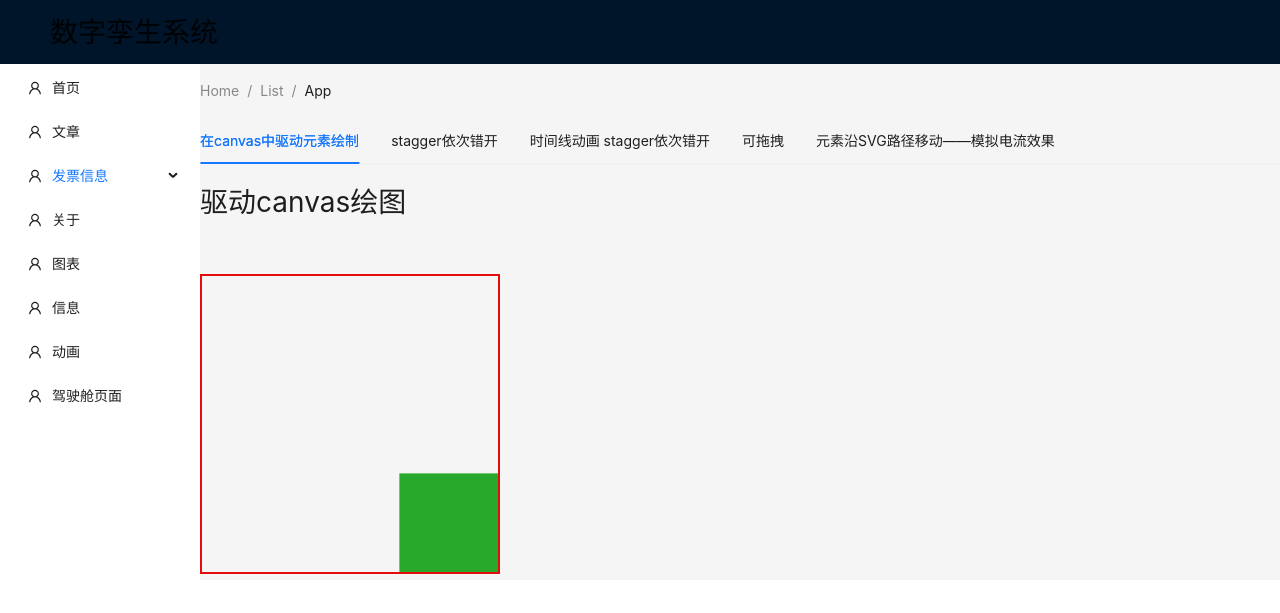
Repository: HailiePan/webpack-react-practice
Page: /animation
An editor plug-in stored every save of this project. The page is shown before and after the next save, followed by the edit.
The browser window is 1280 px wide. The pictures show the whole page.
The project was rebuilt for these pictures with package versions that can differ from the ones it lists, and the page was loaded fresh each time. Also part of the build but not shown: src/pages/Animation/component/ScrollAnimation/index.jsx, src/pages/Home.jsx, src/pages/Invoices/index.jsx, src/pages/Invoices/Invoice.jsx, src/pages/Invoices/Pending.jsx, src/pages/Invoices/Complete.jsx, src/components/CommonBox/index.less, src/components/CommonBox/index.jsx and 25 more.

Above is the page before, as saved 2024-01-24 18:02:07.

### index.html
<!--
 * Author  hailie.pan
 * Date  2023-10-08 16:03:03
 * LastEditors  hailie.pan
 * LastEditTime  2023-10-08 16:03:04
 * Description  file content
-->
<!--
 * Author  hailie.pan
 * Date  2023-10-07 17:34:05
 * LastEditors  hailie.pan
 * LastEditTime  2023-10-07 17:34:06
 * Description  file content
-->
<!DOCTYPE html>
<html lang="en">
  <head>
    <meta charset="UTF-8" />
    <meta http-equiv="X-UA-Compatible" content="IE=edge" />
    <meta name="viewport" content="width=device-width, initial-scale=1.0" />
    <title>Document</title>
  </head>
  <body>
    <div id="app"></div>
  </body>
</html>

### src/index.jsx
/*
 * Author  hailie.pan
 * Date  2023-10-07 17:16:58
 * LastEditors  hailie.pan
 * LastEditTime  2023-10-24 17:39:40
 * Description  file content
 */
import React, { StrictMode } from "react";
import * as ReactDOM from "react-dom/client";
import { BrowserRouter, useRoutes } from "react-router-dom";
import { routes } from "@/router";
const App = () => {
  return useRoutes(routes);
};
const root = ReactDOM.createRoot(document.getElementById("app"));
// v18 的新方法
root.render(
  <StrictMode>
    <BrowserRouter>
      <App />
    </BrowserRouter>
  </StrictMode>
);

// BrowserRouter下直接渲染useRoutes,routes里配置好路径对应的组件
// 然后就会显示路径对应的组件
// useRoutes(routes)必须在函数里写着

### src/router/index.js
/*
 * @Author: Hailie.Pan
 * @Date: 2023-11-28 10:30:45
 * @LastEditors: Hailie.Pan
 * @LastEditTime: 2024-01-11 10:41:08
 * @Description:
 */
/*
 * Author  hailie.pan
 * Date  2023-10-13 17:13:27
 * LastEditors  hailie.pan
 * LastEditTime  2023-11-28 10:30:45
 * Description  file content
 */
import React from "react";
import { useRoutes } from "react-router-dom";

import BaseLayout from "@/BaseLayout";

import Home from "@/pages/Home";
import Invoices from "@/pages/Invoices";
import Invoice from "@/pages/Invoices/Invoice";
import Pending from "@/pages/Invoices/Pending";
import Complete from "@/pages/Invoices/Complete";
import About from "@/pages/About";
import Article from "@/pages/Article";
import ControlRoomFirstPage from "@/pages/ControlRoomFirstPage";
import Chart from "@/pages/Chart";
import Info from "@/pages/Info";
import Animation from '@/pages/Animation'

const routes = [
  {
    path: "/",
    element: <BaseLayout />,
    name: "一级场景",
    children: [
      { path: "/home", element: <Home />, name: "首页" },
      { path: "/article", element: <Article />, name: "文章" },
      {
        // path: "/invoices",
        // element: <Invoices />,
        name: "发票信息",
        children: [
          {
            path: "/invoices/invoicesDetail/:id",
            element: <Invoice />,
            name: "发票1详情",
          },
          {
            path: "/invoices/pending",
            element: <Pending />,
            name: "发票2详情",
          },
          {
            path: "/invoices/complete",
            element: <Complete />,
            name: "发票3详情",
          },
        ],
      },

      {
        path: "/about",
        element: <About />,
        name: "关于",
      },
      {
        path: "/chart",
        element: <Chart />,
        name: "图表",
      },
      {
        path: "/info",
        element: <Info />,
        name: "信息",
      },
      {
        path: "/animation",
        element: <Animation />,
        name: "动画",
      },
    ],
  },
  {
    path: "/controlRoomFirstPage",
    element: <ControlRoomFirstPage />,
    name: "驾驶舱页面",
  },
];

export { routes };

### src/BaseLayout/index.jsx
/*
 * Author  hailie.pan
 * Date  2023-10-13 17:28:32
 * LastEditors  hailie.pan
 * LastEditTime  2023-12-04 10:37:50
 * Description  file content
 */

import React, {useEffect, useCallback, useState, useMemo } from 'react';
import { LaptopOutlined, NotificationOutlined, UserOutlined } from '@ant-design/icons';
import { Breadcrumb, Layout, Menu, theme } from 'antd';
import { Link, NavLink, useRoutes, Navigate, Outlet } from 'react-router-dom';
import { gsap } from "gsap";
import { ScrollTrigger } from 'gsap/ScrollTrigger.js'
import { routes } from '@/router';
import StateContext from './data.js';
import styles from './index.less';
import ScrollAnimation from '@/pages/Animation/component/ScrollAnimation'
const { Header, Content, Sider } = Layout;

export default function BaseLayout() {
  // console.log("routes", routes);
  const [selectedMenuKeys, setSelectedMenuKeys] = useState([]);

  // useMemo缓存菜单的计算方法，避免每次刷新时都计算一遍
  // 这个菜单的算法还是不太优美，不好维护
  let showMenu = useMemo(
    () =>
      routes
        .map((item, index) => {
          if (item.children) {
            const arr2 = item.children.map((c, cIndex) => {
              return {
                key: cIndex,
                icon: React.createElement(UserOutlined),
                name: c.name,
                label: (
                  <NavLink to={c.path} state={'From App'}>
                    {c.name}
                  </NavLink>
                ),
                children: c?.children?.map((t, tIndex) => ({
                  key: `${cIndex}-${tIndex}`,
                  icon: React.createElement(UserOutlined),
                  name: t.name,
                  label: <NavLink to={t.path}>{t.name}</NavLink>
                }))
              };
            });
            return arr2;
          } else {
            return {
              key: 'dandu' + index,
              icon: React.createElement(UserOutlined),
              name: item.name,
              label: (
                <NavLink to={item.path} state={'From App'}>
                  {item.name}
                </NavLink>
              )
            };
          }
        })
        .flat(), // arr2是个数组，放到showMenu数组里需要拉平
    []
  );
  showMenu.flat();
  // console.log("showMenu", showMenu);

  const menuArr = [
    {
      key: 0,
      icon: React.createElement(UserOutlined),
      label: (
        <NavLink to="/home" state={'From App'}>
          首页
        </NavLink>
      )
    },

    {
      key: 1,
      icon: React.createElement(LaptopOutlined),
      label: <NavLink to="invoices">发票信息</NavLink>,
      children: [
        {
          key: '1-0',
          label: <NavLink to="/invoices/invoicesDetail/1?a=a&b=b">发票1详情页</NavLink>
        },
        {
          key: '1-1',
          label: <NavLink to="/invoices/pending?fromPage=菜单点击">发票2详情页</NavLink>
        },
        {
          key: '1-2',
          label: (
            <NavLink to="/invoices/complete" state={'左侧菜单点击'}>
              发票3详情页
            </NavLink>
          )
        }
      ]
    },
    {
      key: 2,
      icon: React.createElement(NotificationOutlined),
      label: <NavLink to="about">关于</NavLink>
    },
    {
      key: 3,
      icon: React.createElement(NotificationOutlined),
      label: <NavLink to="controlRoomFirstPage">驾驶舱页面</NavLink>
    },
    {
      key: 4,
      icon: React.createElement(LaptopOutlined),
      label: <NavLink to="article">文章</NavLink>
    }
  ];

  const onSelectMenu = ({ item, key, keyPath, selectedKeys, domEvent }) => {
    setSelectedMenuKeys([key]);
  };

  const [state, setState] = useState('playing');

  // useEffect(()=>{
  //   gsap.registerPlugin(ScrollTrigger)
  //     // 绿色方块
  //     gsap.to("#ewrwer", {
  //       rotation: 900,
  //       x:400,
  //       duration: 1,
  //       scrollTrigger: {
  //         trigger: '#ewrwer', // 动画的元素
  //         scroller: document.getElementById('21321'), // 滚动的元素
  //         scrub: 2,
  //         markers: true,
  //       },

  //     });
  // },[])

  return (
    <Layout className={styles.layoutWrap}>
{/*
      <div className={styles.box} id='21321'>
        <div className={styles.green} id='ewrwer'></div>
        <div style={{height:'1000px'}} />
      </div> */}

      {/* <ScrollAnimation /> */}


      <Header className={styles.header}>
        <div className={styles.logo} />

        <h1>数字孪生系统</h1>
      </Header>

      <Layout>
        <Sider className={styles.sider}>
          <Menu
            mode="inline"
            // defaultSelectedKeys={["0"]}
            // defaultOpenKeys={["sub1"]}
            style={{
              height: '100%',
              borderRight: 0
            }}
            items={showMenu}
            selectedKeys={selectedMenuKeys}
            onSelect={onSelectMenu}
          />
        </Sider>

        <Layout className={styles.rightLayout}>
          <Breadcrumb
            style={{
              margin: '16px 0'
            }}
          >
            <Breadcrumb.Item>Home</Breadcrumb.Item>
            <Breadcrumb.Item>List</Breadcrumb.Item>
            <Breadcrumb.Item>App</Breadcrumb.Item>
          </Breadcrumb>

          <StateContext.Provider value={{ state, setState }}>
            <Content className={styles.content} id='content'>
              <Outlet />
            </Content>
          </StateContext.Provider>
        </Layout>
      </Layout>
    </Layout>
  );
}

### src/pages/Animation/index.jsx
/*
 * @Author: Hailie.Pan
 * @Date: 2024-01-11 10:41:16
 * @LastEditors: Hailie.Pan
 * @LastEditTime: 2024-01-24 18:01:45
 * @Description:
 */
import React, { useRef, useEffect, useState } from 'react';
import { gsap } from 'gsap';
import { Tabs } from 'antd';
import MoveBox from './component/MoveBox';
import MoveOnPath from './component/MoveOnPath';
import CanvasDraw from './component/CanvasDraw';
import TimeLine from './component/TimeLine';
import ScrollAnimation from './component/ScrollAnimation';
import ScrollAnimation2 from './component/ScrollAnimation2';
import ImitateElectricity from './component/ImitateElectricity';
import DraggableCom from './component/DraggableCom';
import StaggerAnimation from './component/StaggerAnimation';
import styles from './index.module.less';

export default function Animation() {
  let obj = { myNum: 10, myColor: 'red' };

  useEffect(() => {
    // stagger 依次执行动画
    // gsap.to([boxRef.current, boxRef2.current, boxRef3.current], {
    //   rotation: 360,
    //   stagger:1,
    //   duration:2
    // });

    gsap.to(obj, {
      myNum: 200,
      myColor: 'blue',
      onUpdate: () => {
        console.log('onUpdate', obj.myColor);
      },
      onComplete: () => console.log('onComplete', obj.myNum, obj.myColor)
    });
  }, []);

  return (
    <div className={styles.wrap}>
      <Tabs
        items={[
          {
            key: '1',
            label: '在canvas中驱动元素绘制',
            children: <CanvasDraw />
          },
          {
            key: 'stagger',
            label: 'stagger依次错开',
            children: <StaggerAnimation />
          },

          {
            key: '3',
            label: '时间线动画 stagger依次错开',
            children: <TimeLine />
          },
          {
            key: '4',
            label: '可拖拽',
            children: <DraggableCom />
          },
          {
            key: '5',
            label: '元素沿SVG路径移动——模拟电流效果',
            children: <ImitateElectricity />
          }
        ]}
      />
      {/* <MoveBox /> */}

      {/* 在canvas中驱动元素绘制 */}
      {/* <CanvasDraw /> */}

      {/* 时间线动画 stagger依次错开 */}
      {/* <TimeLine /> */}

      {/* 元素沿SVG路径移动 */}
      {/* <MoveOnPath /> */}

      {/* 把canvas的效果和gsap的效果放在一起对比 */}
      {/* 模拟电流效果 */}
      {/* <ImitateElectricity /> */}

      {/* 滚动动画 */}
      {/* <ScrollAnimation /> */}

      {/* 滚动动画 */}
      {/* <ScrollAnimation2 /> */}

      {/* 可拖拽 */}
      {/* <DraggableCom /> */}
    </div>
  );
}

### src/BaseLayout/data.js
/*
 * Author  hailie.pan
 * Date  2023-11-28 10:20:25
 * LastEditors  hailie.pan
 * LastEditTime  2023-11-28 10:26:27
 * Description  file content
 */
import { createContext } from "react";

const StateContext = createContext({});

export default StateContext;

### src/BaseLayout/index.less
body {
  margin: 0;
  // height: 200vh;
}


.layoutWrap {
  height: 100vh;
  overflow-y: auto;
}

.box{
  height: 200px;
  overflow-y: auto;
  // border: 1px solid rgb(239, 200, 151);
}
.green{
  width: 50px;
  height: 50px;
  background-color: green;
  border-radius: 4px;
  margin: 0 auto;
  position: fixed;
  top: 50%;
  left: 50%;
}
.header {
  display: flex;
  align-items: center;

  .logo {
    width: 100px;
    height: 40px;
    background: rgba(255, 255, 255, 0.5);
    margin-right: 20px;
  }
  h1 {
    color: #fff;
    padding: 0;
    margin: 0;
  }
}
@colorBgContainer: #fff;
.sider {
  width: 200;
  background: @colorBgContainer;
}
.rightLayout {
  padding: 0 24px 24px;
}

.content {
  padding: 24px;
  margin: 0;
  min-height: 280px;
  background: @colorBgContainer;
  // border: 1px solid green; // 高度没有被页面的高度撑开
  // height: auto;
  overflow-y: scroll;
}

### src/pages/home.less
@color: rgb(248, 157, 39);

@font-face {
  font-family: "DIN";
  src: url("@/assets/fonts/庞门正道标题体2.0增强版.ttf");
  font-style: normal;
  font-weight: normal;
}
.wrapper {
  font-weight: 700;
  color: #333;

  ul {
    color: @color;
    // list-style-type: none;
  }
  .fontStyle {
    font-family: "DIN";
  }

  .box {
    height: 500px;
    margin-top: 20px;
    display: flex;
    .item {
      flex-shrink: 1; //属性定义了项目的缩小比例，默认为1，即如果空间不足，该项目将缩小
      flex-grow: 1; // 定义项目的放大比例，默认为0，即如果存在剩余空间，也不放大
      width: 300px;
      background-color: #fce09e;
      border: 1px solid rgb(255, 162, 0);
    }
  }
  .showImg {
    display: flex;
    img {
      width: 100px;
      height: 100px;
      margin-top: 10px;
      display: block;
    }
  }
}

### src/pages/Animation/component/CanvasDraw/index.jsx
/*
 * @Author: Hailie.Pan
 * @Date: 2024-01-12 16:51:02
 * @LastEditors: Hailie.Pan
 * @LastEditTime: 2024-01-12 17:36:00
 * @Description:
 */
import React,{useEffect, useRef, useState} from 'react'
import { gsap } from "gsap";
import styles from './index.module.less';

export default function CanvasDraw() {
    const canvasRef = useRef();
    const [ctx, setCtx] = useState();

    let position = { x: 0, y: 0 };

    function draw() {
        // 擦除canvas
        ctx.clearRect(0, 0, 300, 300);
        // 在新的位置重新绘制方块
        ctx.fillRect(position.x, position.y, 100, 100);
    }

    useEffect(() => {
        if(!canvasRef.current) return
        setCtx(canvasRef.current.getContext('2d'));
      }, [canvasRef]);

    useEffect(()=>{
        if(!ctx) return
        ctx.fillStyle = "#28a92b";
        //把position的x和y的值进行变化
        gsap.to(position, {
        x: 200,
        y: 200,
        duration: 4,
        // canvas需要在每一帧进行重新绘制，才会有动画效果
        onUpdate: draw
        });
    },[ctx])

  return (
    <div>
      <h1>驱动canvas绘图</h1>
        <canvas id="canvas" width="300" height="300" ref={canvasRef}></canvas>
    </div>
  )
}

### src/pages/Animation/component/ScrollAnimation/index.module.less

.wrap{
  border:1px solid red;
  height: 600px;
  background-color: #111;
  color: white;
  // overflow-x: hidden;
  overflow-y: scroll;
}
h1, h2 {
  margin: 0;
  font-weight: 400;
  max-width: none;
}
.headerSection{
  height: 400px;
  line-height: 400px;
  border: 1px solid rgb(255, 140, 0);
}

.comparisonSection {
  position: relative;
  padding-bottom: 56.25%; /* to maintain aspect ratio (responsive!) */
  border: 1px solid yellow;

  .comparisonImage {
    width: 100%;
    height: 100%;

    img {
      width: 100%;
      height: 100%;
      position: absolute;
      top: 0;
    }
  }

  .afterImage {
    position: absolute;
    overflow: hidden;
    top: 0;
    transform: translate(100%, 0px);
    img {
      transform: translate(-100%, 0px);
    }
  }
}

### src/pages/Animation/component/CanvasDraw/index.module.less
canvas {
    height: 80vh;
    max-height: 300px;
    overflow: visible;
    border: solid 2px rgb(229, 12, 12);
  }

### src/pages/Animation/component/ImitateElectricity/index.module.less
.motionPath {
  overflow: visible;
  width: 600px;
  height: 150px;
}
h1 {
  margin-bottom: 50px;
}

.jiantou {
  width: 20px;
  height: 77px;
  height: 114px;
  background: url('./assets/jiantou.png');
}

### src/pages/Animation/component/MoveBox/index.jsx
/*
 * @Author: Hailie.Pan
 * @Date: 2024-01-17 10:20:00
 * @LastEditors: Hailie.Pan
 * @LastEditTime: 2024-01-17 10:23:23
 * @Description:
 */
import React ,{useEffect,useRef} from 'react'
import { gsap } from "gsap";
import styles from './index.module.less'

export default function MoveBox() {
    const moveBox = useRef()
    useEffect(()=>{
        gsap.to(moveBox.current, {
            x:200,
            rotation: 360,
            duration:1,
        });
    },[])
  return (
    <div>
      <div className={styles.box} ref={moveBox} />
    </div>
  )
}

### src/pages/Animation/component/MoveBox/index.module.less
.box{
    width: 50px;
    height: 50px;
    background-color: rgb(255, 163, 35);
    border-radius: 4px;

  }

After the next save:
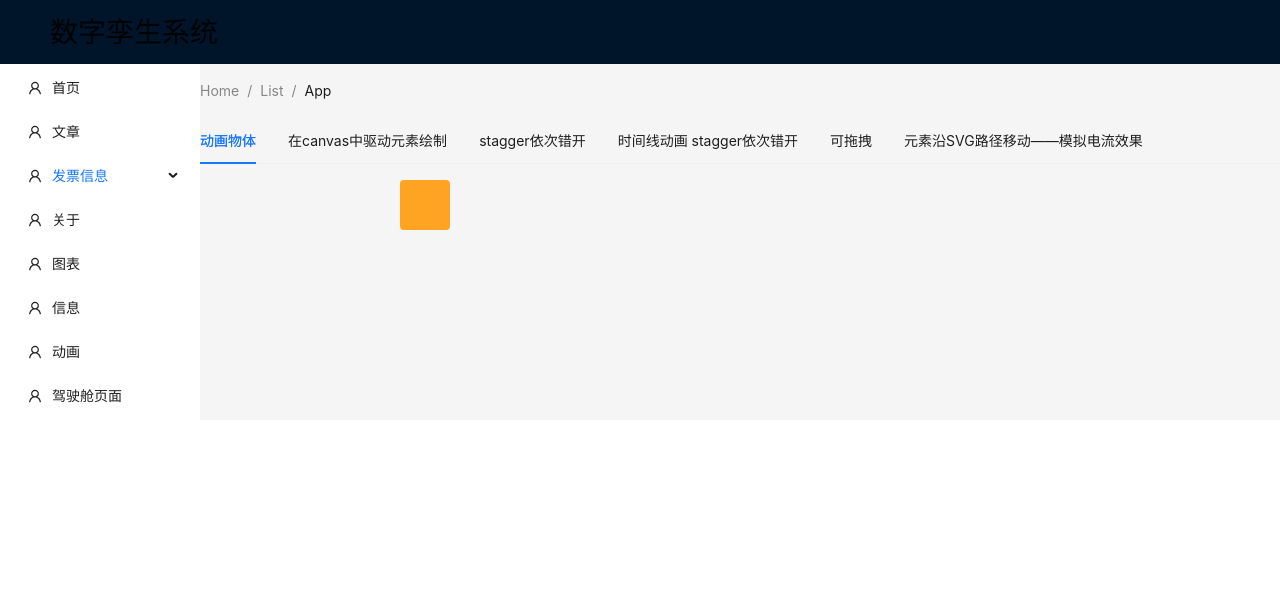
Saved 41 s later.
--- a/src/pages/Animation/index.jsx
+++ b/src/pages/Animation/index.jsx
@@ -2,7 +2,7 @@
  * @Author: Hailie.Pan
  * @Date: 2024-01-11 10:41:16
  * @LastEditors: Hailie.Pan
- * @LastEditTime: 2024-01-24 18:01:45
+ * @LastEditTime: 2024-01-24 18:02:48
  * @Description:
  */
 import React, { useRef, useEffect, useState } from 'react';
@@ -44,6 +44,11 @@ export default function Animation() {
     <div className={styles.wrap}>
       <Tabs
         items={[
+          {
+            key: 'moveBox',
+            label: '动画物体',
+            children: <MoveBox />
+          },
           {
             key: '1',
             label: '在canvas中驱动元素绘制',
